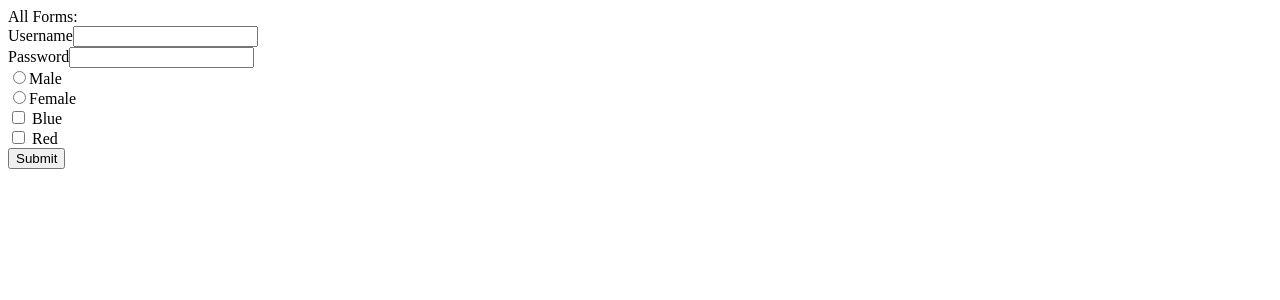
Repository: LsCodeMaster/Training
Page: WebDemo/WebContent/html/static/BigForm.html
These files come from the project's save history. The page is drawn as it stood at one moment and after the next save; the edit follows.
The browser window is 1280 px wide. The pictures show the whole page.

Above is the page before, as saved 2015-09-22 06:35:01.

After the next save:
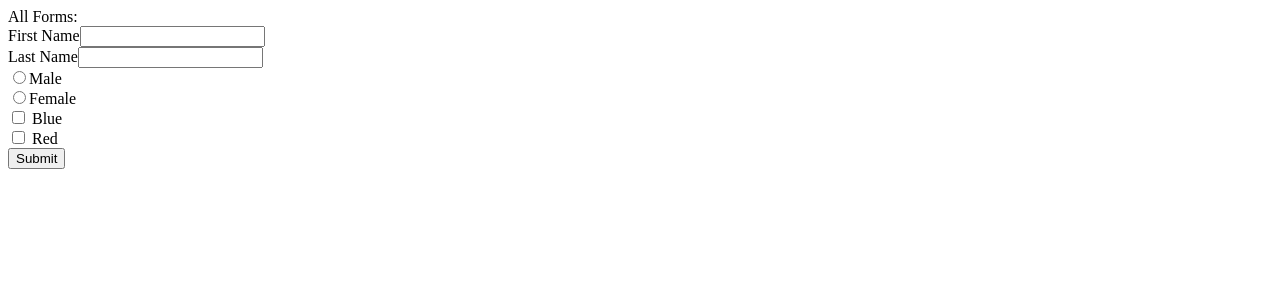
Saved 2 min 15 s later.
--- a/WebDemo/WebContent/html/static/BigForm.html
+++ b/WebDemo/WebContent/html/static/BigForm.html
@@ -7,8 +7,8 @@
 <body>
 All Forms:
 <form name="allInputTypes" action="../../BigForm"method="get">
-	Username<input type="text" name="username"> <br/>
-	Password<input type="password" name="pass"> <br/>
+	First Name<input type="text" name="FirstName"> <br/>
+	Last Name<input type="text" name="LastName"> <br/>
 	<input type="radio" name="sex" value="male">Male <br/>
 	<input type="radio" name="sex" value="female">Female <br/>
 	<input type="checkbox" name="color1" value="blue"> Blue <br/>
